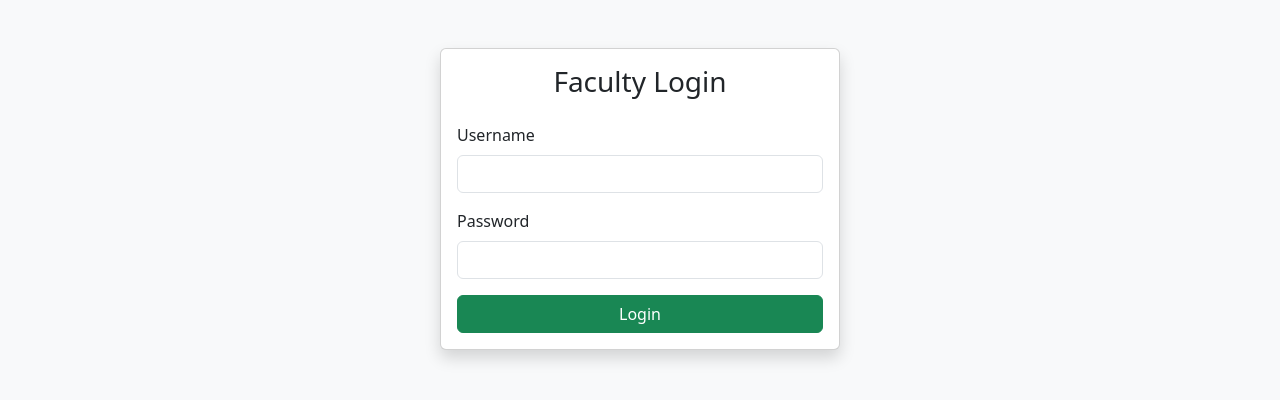
Repository: BorudePiyush/StudentMANAGEMENTSystem-using-java
Page: http://localhost/Student_management_systems/FacultyLogin.jsp
The author's editor kept a copy of each file at every save. The page is drawn from the files as they stood at one save, then again after the next save.
The browser window is 1280 px wide. The pictures show the whole page.
The page is served by Tomcat 10. Other server files are loaded and not shown.

Above is the page before, as saved 2025-06-07 07:42:58.

### Student management systems/src/main/webapp/FacultyLogin.jsp
<%@ page language="java" contentType="text/html; charset=ISO-8859-1"
    pageEncoding="ISO-8859-1"%>
<!DOCTYPE html>
<html lang="en">
<head>
<meta charset="ISO-8859-1">
<title>Faculty Login</title>
<link href="https://cdn.jsdelivr.net/npm/bootstrap@5.3.2/dist/css/bootstrap.min.css" rel="stylesheet">
</head>
<body class="bg-light">
 <div class="container mt-5">
        <div class="card mx-auto shadow" style="max-width: 400px;">
            <div class="card-body">
                <h3 class="card-title text-center mb-4">Faculty Login</h3>
                <form action="FacultyLogin" method="post">
                    <div class="mb-3">
                        <label for="facultyUsername" class="form-label">Username</label>
                        <input type="text" name="username" id="facultyUsername" class="form-control" required>
                    </div>
                    <div class="mb-3">
                        <label for="facultyPassword" class="form-label">Password</label>
                        <input type="password" name="password" id="facultyPassword" class="form-control" required>
                    </div>
                    <button type="submit" class="btn btn-success w-100">Login</button>
                </form>
            </div>
        </div>
    </div>
</body>
</html>

After the next save:
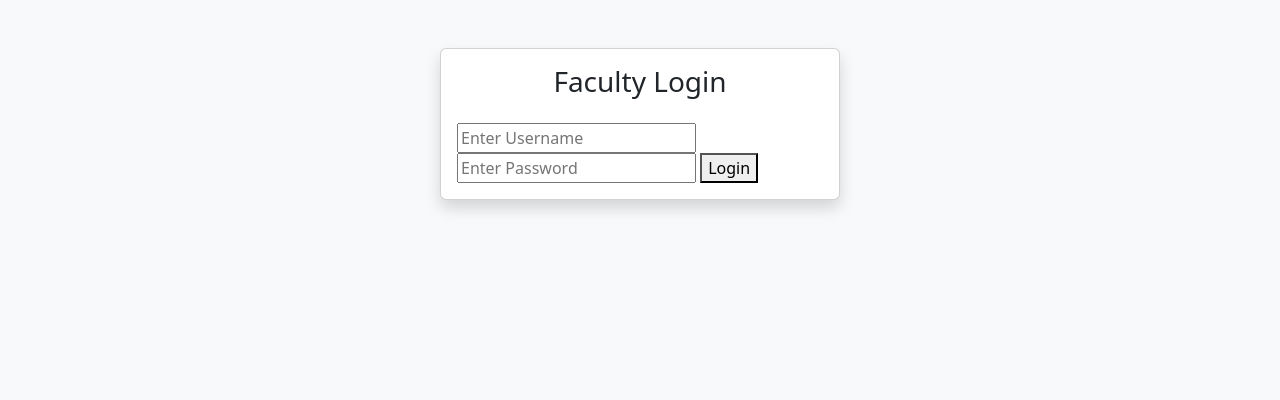
Saved 4 min 54 s later.
--- a/Student management systems/src/main/webapp/FacultyLogin.jsp
+++ b/Student management systems/src/main/webapp/FacultyLogin.jsp
@@ -13,16 +13,10 @@
             <div class="card-body">
                 <h3 class="card-title text-center mb-4">Faculty Login</h3>
                 <form action="FacultyLogin" method="post">
-                    <div class="mb-3">
-                        <label for="facultyUsername" class="form-label">Username</label>
-                        <input type="text" name="username" id="facultyUsername" class="form-control" required>
-                    </div>
-                    <div class="mb-3">
-                        <label for="facultyPassword" class="form-label">Password</label>
-                        <input type="password" name="password" id="facultyPassword" class="form-control" required>
-                    </div>
-                    <button type="submit" class="btn btn-success w-100">Login</button>
-                </form>
+    <input type="text" name="username" placeholder="Enter Username" required />
+    <input type="password" name="password" placeholder="Enter Password" required />
+    <button type="submit">Login</button>
+</form>
             </div>
         </div>
     </div>
